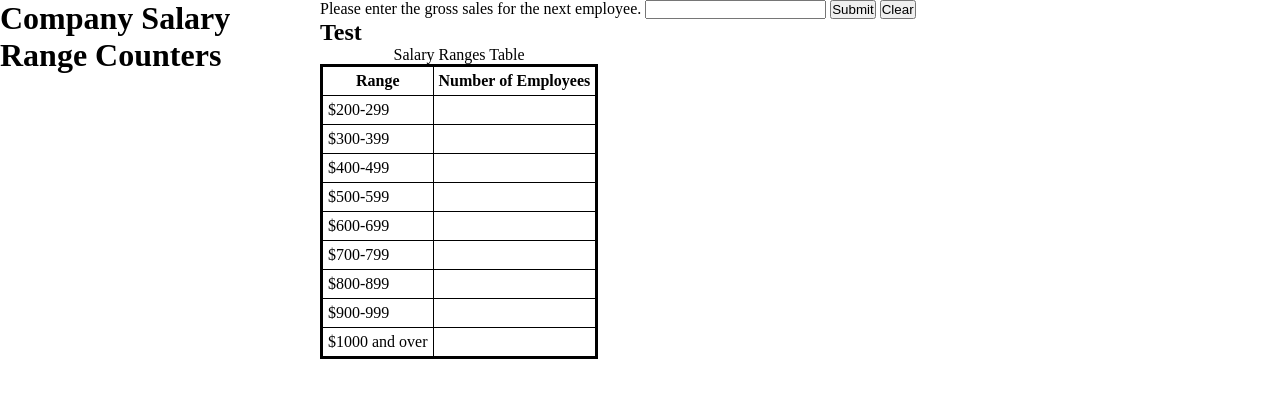
Repository: mlmEFSC21/P17-Sales-Commision
Page: sales.html
The author's editor kept a copy of each file at every save. The page is drawn from the files as they stood at one save, then again after the next save.
The browser window is 1280 px wide. The pictures show the whole page.

Above is the page before, as saved 2022-04-02 07:52:15.

### sales.html
<!DOCTYPE html>
<html lang="en">
    <head>
        <meta charset="UTF-8" />
        <meta http-equiv="X-UA-Compatible" content="IE=edge" />
        <meta name="viewport" content="width=device-width, initial-scale=1.0" />
        <link rel="stylesheet" href="sales.css" />
        <script defer src="sales.js"></script>
        <title>Company Salary Range Counters</title>
    </head>
    <body>
        <header class="mainHeader">
            <h1>Company Salary Range Counters</h1>
        </header>
        <section>
            <div class="formContainer" id="formContainer">
                <form class="salaryForm" id="salaryForm">
                    <label for="grossSales"
                        >Please enter the gross sales for the next employee.</label
                    >
                    <input type="text" name="grossSales" class="salesInp" id="salesInp" required />
                    <button type="submit" class="submit-btn" id="submit-btn">Submit</button>
                    <button type="reset" class="clear-btn" id="clear-btn">Clear</button>
                </form>
            </div>
            <div class="currentSalary">
                <h2>Test</h2>
            </div>
            <div class="tableContainer" id="tableContainer">
                <table>
                    <caption>
                        Salary Ranges Table
                    </caption>
                    <thead>
                        <tr>
                            <th>Range</th>
                            <th>Number of Employees</th>
                        </tr>
                    </thead>
                    <tbody>
                        <tr>
                            <td>$200-299</td>
                            <td class="ranges" id="ranges"></td>
                        </tr>
                        <tr>
                            <td>$300-399</td>
                            <td class="ranges" id="ranges"></td>
                        </tr>
                        <tr>
                            <td>$400-499</td>
                            <td class="ranges" id="ranges"></td>
                        </tr>
                        <tr>
                            <td>$500-599</td>
                            <td class="ranges" id="ranges"></td>
                        </tr>
                        <tr>
                            <td>$600-699</td>
                            <td class="ranges" id="ranges"></td>
                        </tr>
                        <tr>
                            <td>$700-799</td>
                            <td class="ranges" id="ranges"></td>
                        </tr>
                        <tr>
                            <td>$800-899</td>
                            <td class="ranges" id="ranges"></td>
                        </tr>
                        <tr>
                            <td>$900-999</td>
                            <td class="ranges" id="ranges"></td>
                        </tr>
                        <tr>
                            <td>$1000 and over</td>
                            <td class="ranges" id="ranges"></td>
                        </tr>
                    </tbody>
                    <tfoot></tfoot>
                </table>
            </div>
        </section>
    </body>
</html>

### sales.css
:root {
    --clr-background: #008b47;
    --clr-primary: #f8cd24;
    --clr-secondary: #6bb64a;
}
*,
*::after,
*::before {
    box-sizing: border-box;
    margin: 0;
    padding: 0;
}
body {
    display: grid;
    grid-template-rows: 3fr 2fr;
    grid-template-columns: 1fr 3fr;
}
table {
    border-collapse: collapse;
    border: 3px solid black;
}
th,
tr,
td {
    border: 1px solid black;
    margin: 5px;
    padding: 5px;
}

### sales.js
//  base salary = $200 + commission
// commission = gross sales * 9%
// range floor / 100 - 2 = index 0 - 8
// test: x1 = Math.floor(218 / 100) - 2;
// works for all ranges below the last. Just check for >1000 first.
const baseSalary = 200;
let commissionAmount = 0;
let totalSalary = 0;
let employeeNum = 0;
let salaryRanges = [0, 0, 0, 0, 0, 0, 0, 0, 0];
let weeklyGrossSales = [];

const form = document.querySelector("#salaryForm");
const salesInput = document.getElementById("salesInp");
const td = document.querySelectorAll("td#ranges");
form.addEventListener("submit", getWeeklySal);
const resetBtn = document.querySelector("#clear-btn");
resetBtn.addEventListener("click", clearAllSalaries);

function getWeeklySal(e) {
    e.preventDefault();
    employeeNum++;
    weeklyGrossSales = parseInt(salesInput.value);
    calcCommission();
    calcTotalWeeklySalary();
    calcSalaryRange(totalSalary);
    fillRangeCol();
    salesInput.value = "";
}
function calcCommission() {
    commissionAmount = weeklyGrossSales * 0.09;
}
function calcTotalWeeklySalary() {
    totalSalary = baseSalary + commissionAmount;
    console.log(totalSalary);
    console.log(salaryRanges);
}
function calcSalaryRange(totalSalary) {
    if (totalSalary >= 1000) {
        salaryRanges[8] += 1;
    } else if (totalSalary < 1000) {
        let i = Math.floor(totalSalary / 100) - 2;
        salaryRanges[i] = salaryRanges[i] + 1;
    }
}
//append the table
function fillRangeCol() {
    for (let i = 0; i < salaryRanges.length; i++) {
        td[i].innerText = salaryRanges[i];
    }
}
//reset button
function clearAllSalaries() {
    salesInput.value = "";
    salaryRanges = [0, 0, 0, 0, 0, 0, 0, 0, 0];
    weeklyGrossSales = [];
    for (let i = 0; i < salaryRanges.length; i++) {
        td[i].innerText = 0;
    }
}

console.log(salaryRanges);
console.log(weeklyGrossSales);

After the next save:
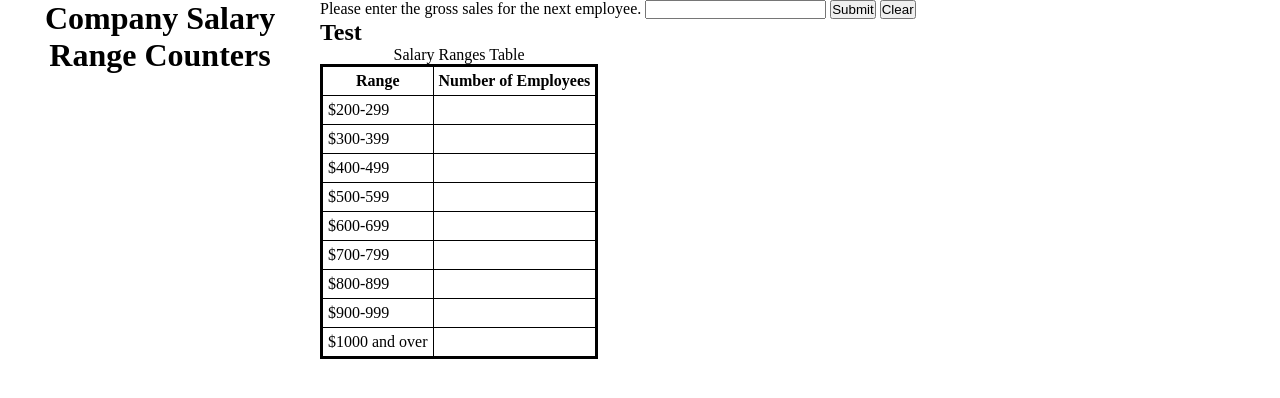
Saved 3 min 4 s later.
--- a/sales.css
+++ b/sales.css
@@ -15,6 +15,9 @@ body {
     grid-template-rows: 3fr 2fr;
     grid-template-columns: 1fr 3fr;
 }
+.mainHeader {
+    text-align: center;
+}
 table {
     border-collapse: collapse;
     border: 3px solid black;
